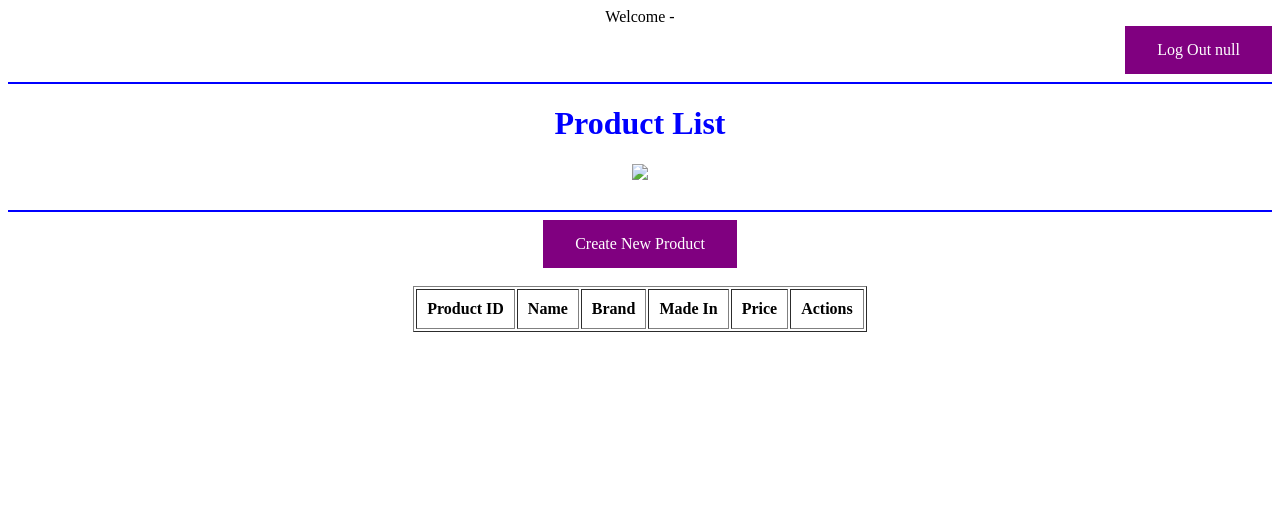
Repository: shrikant-tirki/SpringMonolith
Page: http://localhost/inventory/views/products.jsp
An editor plug-in stored every save of this project. The page is shown before and after the next save, followed by the edit.
The browser window is 1280 px wide. The pictures show the whole page.
The page is served by Tomcat 9. The template is opened directly, without the code that normally fills it, so the values that code supplies are empty.

Above is the page before, as saved 2022-03-02 10:58:12.
Not found: inventory/ims/resources/static/images/images.jfif

After the next save:
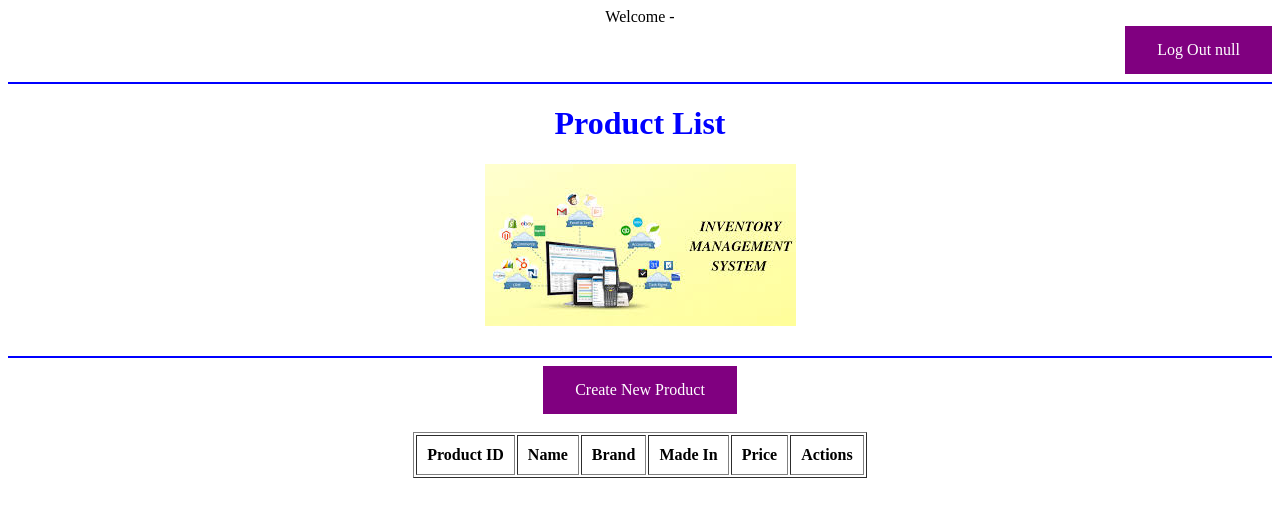
Saved 78 s later.
--- a/inventory/src/main/webapp/views/products.jsp
+++ b/inventory/src/main/webapp/views/products.jsp
@@ -16,7 +16,7 @@ Welcome ${dealer.fname}  ${dealer.lname} - ${dealer.address.city}
 <div align="right"><a href="logout">Log Out <% out.print(request.getSession().getAttribute("user")); %></a></div>
 <hr color="blue">
     <h1>Product List</h1>
-    <img src="/ims/resources/static/images/images.jfif"><br><br>
+    <img src="/ims/resources/static/images/images.jpeg"><br><br>
     <hr color="blue">
     <a href="new">Create New Product</a>
     <br/><br/>
